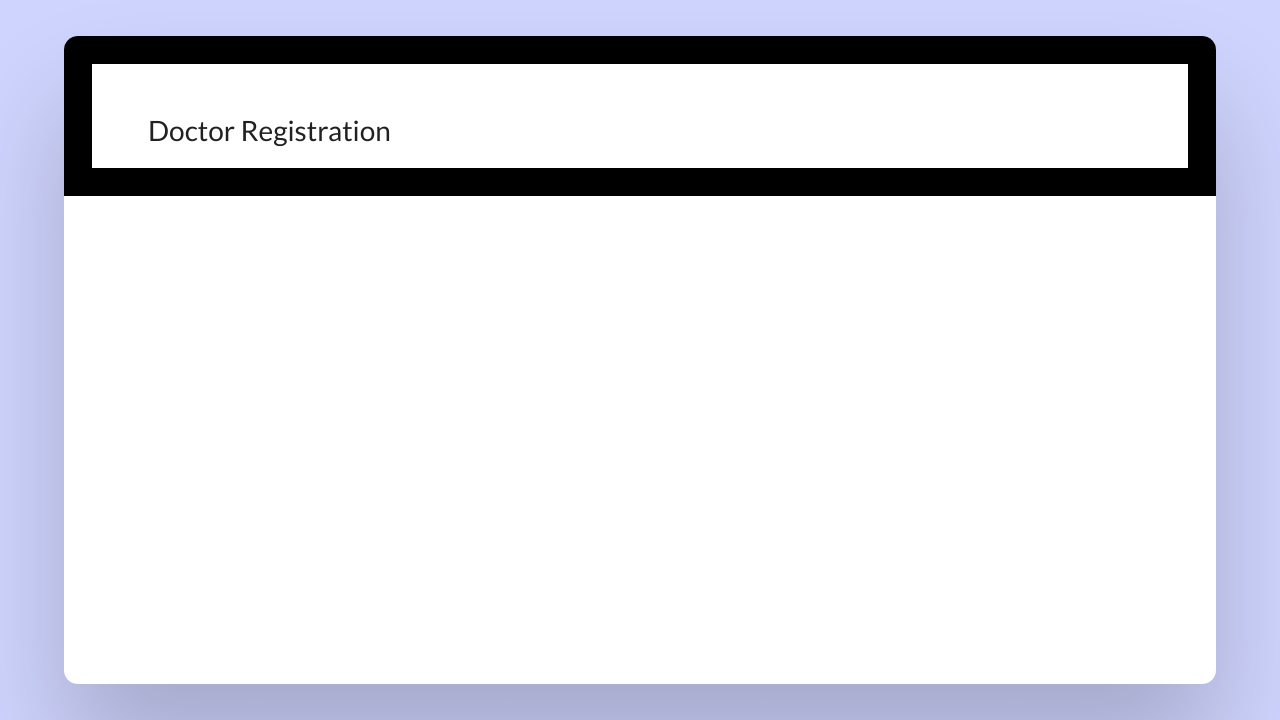
Repository: ajayaj2001/healthcare-digitization
Page: /doctorForm
An editor plug-in stored every save of this project. The page is shown before and after the next save, followed by the edit.
The browser window is 1280 px wide. The pictures show the whole page.
The project was rebuilt for these pictures with package versions that can differ from the ones it lists, and the page was loaded fresh each time. Also part of the build but not shown: src/component/userType/UserType.scss, src/component/userType/UserType.js, src/component/login/Login.scss, src/component/login/loginForm/LoginForm.scss, src/component/login/loginForm/LoginForm.js, src/component/login/Login.js, src/component/register/Register.scss, src/component/register/registerForm/RegisterForm.scss and 2 more.

Above is the page before, as saved 2021-03-13 10:37:16.

### public/index.html
<!DOCTYPE html>
<html lang="en">

<head>
  <meta charset="utf-8" />
  <meta name="viewport" content="width=device-width, initial-scale=1" />
  <meta name="theme-color" content="#000000" />
  <meta name="description" content="Web site created using create-react-app" />
  <link rel="stylesheet" href="https://fonts.googleapis.com/css?family=Roboto:300,400,500,700&display=swap" />
  <link rel="stylesheet" href="https://fonts.googleapis.com/icon?family=Material+Icons" />

  <!--
      manifest.json provides metadata used when your web app is installed on a
      user's mobile device or desktop. See https://developers.google.com/web/fundamentals/web-app-manifest/
    -->
  <!-- <link rel="manifest" href="%PUBLIC_URL%/manifest.json" /> -->
  <!--
      Notice the use of %PUBLIC_URL% in the tags above.
      It will be replaced with the URL of the `public` folder during the build.
      Only files inside the `public` folder can be referenced from the HTML.

      Unlike "/favicon.ico" or "favicon.ico", "%PUBLIC_URL%/favicon.ico" will
      work correctly both with client-side routing and a non-root public URL.
      Learn how to configure a non-root public URL by running `npm run build`.
    -->
  <title>medical</title>
</head>

<body>
  <noscript>You need to enable JavaScript to run this app.</noscript>
  <div id="root"></div>
  <!--
      This HTML file is a template.
      If you open it directly in the browser, you will see an empty page.

      You can add webfonts, meta tags, or analytics to this file.
      The build step will place the bundled scripts into the <body> tag.

      To begin the development, run `npm start` or `yarn start`.
      To create a production bundle, use `npm run build` or `yarn build`.
    -->
</body>

</html>

### src/index.js
import React from 'react';
import ReactDOM from 'react-dom';
import './index.scss';
import App from './component/app/App';
import 'semantic-ui-css/semantic.min.css'


ReactDOM.render(
  // <React.StrictMode>
    <App />
  // </React.StrictMode>
  ,
  document.getElementById('root')
);

### src/index.scss
code {
  font-family: source-code-pro, Menlo, Monaco, Consolas, "Courier New", monospace;
}
@mixin respond($breakpoint) {
  @if $breakpoint == phone {
    @media (max-width: 37.5em) {
      @content;
    }
  }

  @if $breakpoint == tab-land {
    @media (max-width: 75em) {
      @content;
    }
  }
  @if $breakpoint == tab-port {
    @media (max-width: 56.25em) {
      @content;
    }
  }
  @if $breakpoint == big-desktop {
    @media (min-width: 112.5em) {
      @content;
    }
  }
}

*,
*::after,
*::before {
  margin: 0;
  padding: 0;
  box-sizing: inherit;
}
body {
  font-family: "Lato", sans-serif;
  font-weight: 400;
  font-size: 16px;
  line-height: 1.7;
  color: #777;
  //padding: 30px;
  box-sizing: border-box;
  @include respond(tab-port) {
    padding: 0;
  }
}

html {
  font-size: 62.5%; //1rem=10px 10px/16px=62.5%
  @include respond(tab-land) {
    //width <1200
    font-size: 56.25%; //1rem=9px
  }
  @include respond(tab-port) {
    //<width <900
    font-size: 50%; //1rem=8px
  }
  // @include respond(phone) {
  //     //<width<600
  //     font-size: 40%; //1rem=4.8px
  // }
  @include respond(big-desktop) {
    //>1200
    font-size: 75%; //1rem=12
  }
}

### src/component/app/App.js
import './App.scss';

import UserType from "../userType/UserType";
import Login from '../login/Login';
import Register from '../register/Register';
import { BrowserRouter as Router,Route,Switch } from 'react-router-dom';
import DoctorForm from '../doctorForm/DoctorForm';

function App() {
  return (
    <Router>
       <Switch>
          <Route path="/login">
           <Login/>
          </Route>
          <Route path="/register">
           <Register/>
          </Route>
          <Route path="/doctorForm">
            <DoctorForm/>
          </Route>
          <Route path="/">
            <UserType/>
          </Route>

        </Switch>
    {/* <div className="App">
    </div> */}
    </Router>
  );
}

export default App;

### src/component/doctorForm/DoctorForm.js
import React from 'react'
import './DoctorForm.scss'
import { Form, Input, TextArea, Button, Select } from 'semantic-ui-react'

const DoctorForm = () => {
    return (
        <div className="doctorForm__container">
            <div className="doctorForm__main">
                <div className="doctorForm__heading">Doctor Registration</div>
            </div>
        </div>
    )
}

export default DoctorForm

### src/component/doctorForm/DoctorForm.scss
.doctorForm{
    &__container{
        margin: 0;
        background-color: #cfd4fe;
        height: 100vh;
        display: flex;
        justify-content: center;
        align-items: center;
    }
    &__main{
        background-color: white;
        width: 90%;
        height: 90%;
        border-radius: 1rem;
        align-items: center;
        overflow: hidden;
        box-shadow: 0 5rem 8rem rgba(black, 0.2);
    }
   &__heading{
       font-size: 2rem;
       padding: 4rem 0rem 2rem 4rem;
       border: 2rem solid black;
   }
}

Loaded but not shown: src/component/app/App.scss (no stored copy; drawn as an empty file)

After the next save:
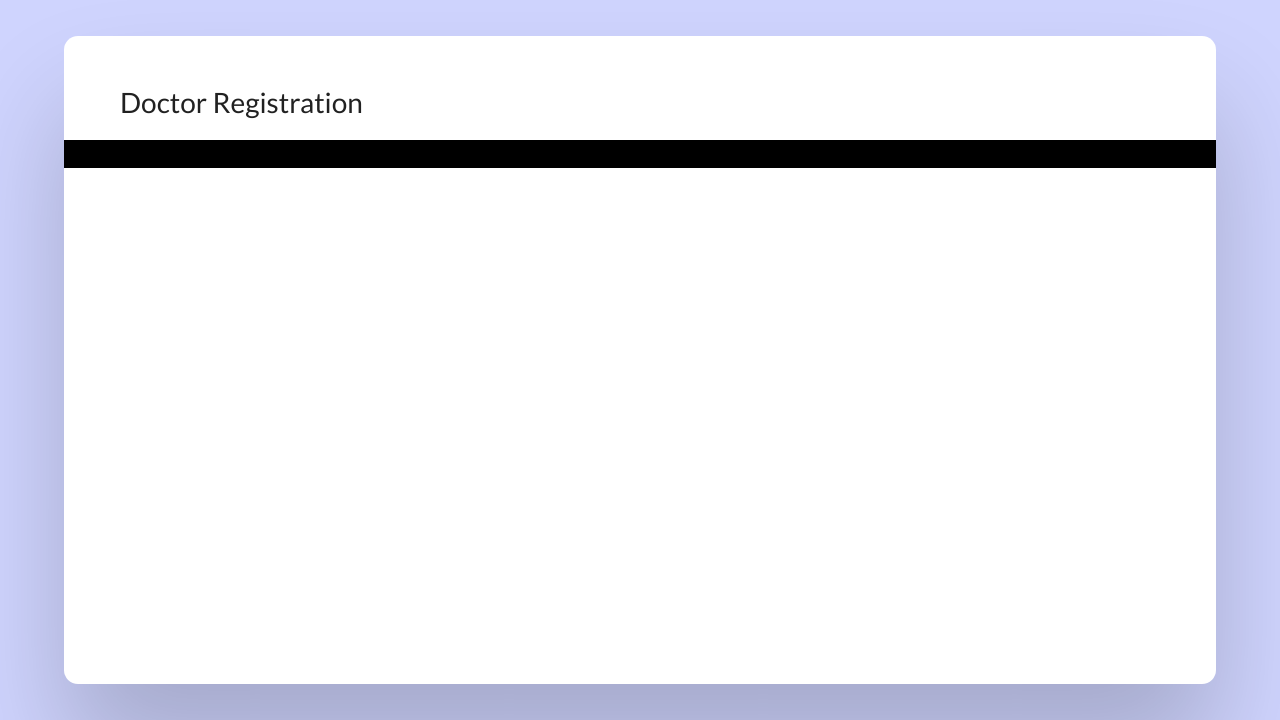
Saved 6 s later.
--- a/src/component/doctorForm/DoctorForm.scss
+++ b/src/component/doctorForm/DoctorForm.scss
@@ -19,6 +19,6 @@
    &__heading{
        font-size: 2rem;
        padding: 4rem 0rem 2rem 4rem;
-       border: 2rem solid black;
+       border-bottom: 2rem solid black;
    }
 }
